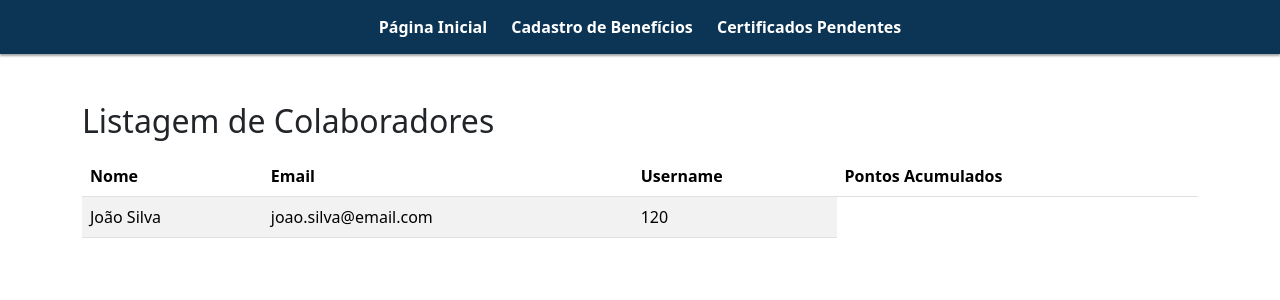
Repository: mumuryllo/ProjetoZupPointsCatalisa5
Page: ZuPointsCatalisa5 Front-End/gestor.html
An editor plug-in stored every save of this project. The page is shown before and after the next save, followed by the edit.
The browser window is 1280 px wide. The pictures show the whole page.
The page's requests for data from a server got no answer.

Above is the page before, as saved 2023-10-12 18:04:13.

After the next save:
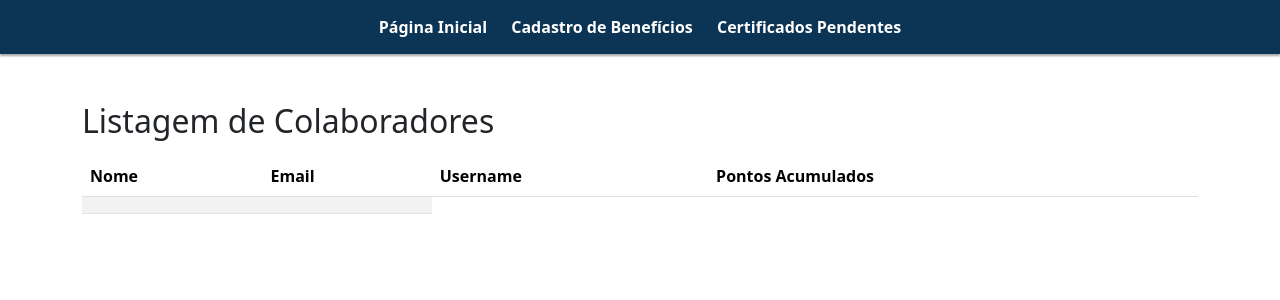
Saved 7 s later.
--- a/ZuPointsCatalisa5 Front-End/gestor.html
+++ b/ZuPointsCatalisa5 Front-End/gestor.html
@@ -37,9 +37,9 @@
         <tbody>
             <!-- Exemplo de linha -->
             <tr>
-                <td>João Silva</td>
-                <td>joao.silva@email.com</td>
-                <td>120</td>
+                <td> </td>
+                <tdcom</td>
+                <td></td>
             </tr>
         </tbody>
     </table>
